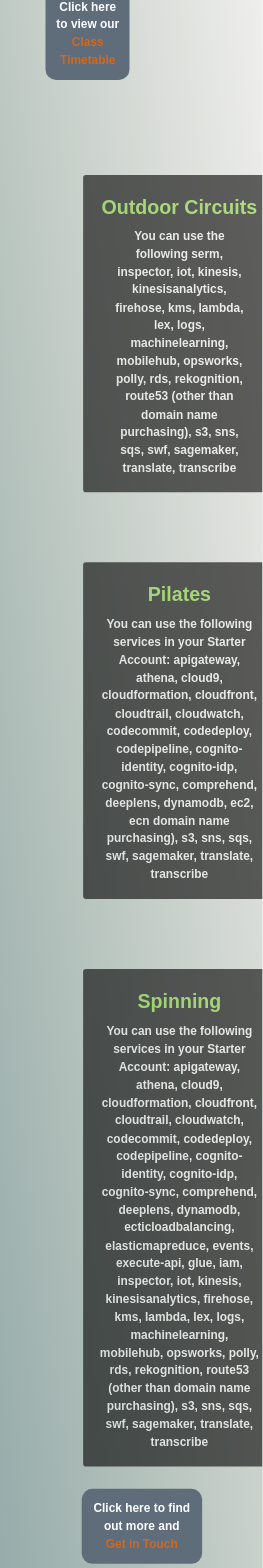
Repository: murphya14/Fitness-webpage
Page: group-training.html
The author's editor kept a record of every edit. The page is drawn from the files as they stood at one moment, then again after the next edit.
The browser window is 375 px wide. The pictures show the part of the page from y = 613 to 2853 px (the page is 3172 px tall before and 3288 px after), at 70% of full size.
Some web libraries are served in a nearby version.

Above is the page before.

After the next edit:
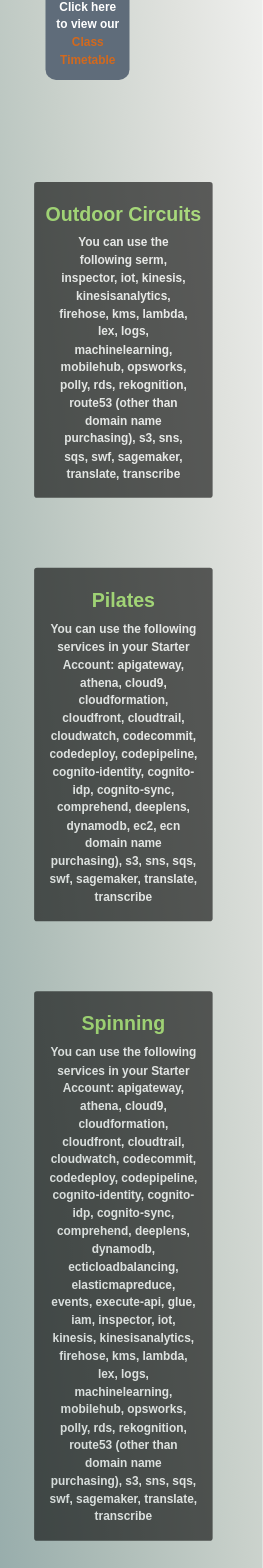
The edit:
--- a/assets/css/style.css
+++ b/assets/css/style.css
@@ -504,7 +504,9 @@
 section img {display:none;}
 
 
-
+.box { transform: translate(-20%, 0);
+    padding:10px;
+}
 
 }
 @media only screen and (min-width: 600px) {
